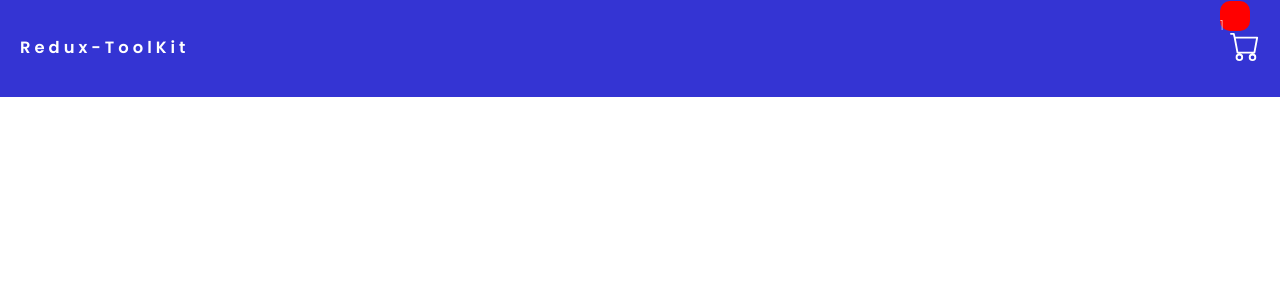
Repository: OmniaRafat232111121/shoppingCart
Page: /
These files come from the project's save history. The page is drawn as it stood at one moment and after the next save; the edit follows.
The browser window is 1280 px wide. The pictures show the whole page.
The project was rebuilt for these pictures with package versions that can differ from the ones it lists, and the page was loaded fresh each time. Also part of the build but not shown: src/App.css.

Above is the page before, as saved 2023-02-07 01:54:27.

### src/index.js
import React from 'react';
import ReactDOM from 'react-dom/client';
import './index.css';
import App from './App';
import { Provider } from 'react-redux';
import { store } from './store';
const root = ReactDOM.createRoot(document.getElementById('root'));
root.render(
  <React.StrictMode>
    <Provider store={store}>
      <App />
    </Provider>
  </React.StrictMode>
);

### src/index.css
@import url('https://fonts.googleapis.com/css2?family=Poppins:ital,wght@0,100;0,200;0,600;1,100;1,200;1,500;1,600&display=swap');
body {
  margin:0;
  padding:0;
  box-sizing: border-box;
  line-height: 1.5;
  font-size: 0.875rem;
  font-family: 'Poppins', sans-serif;
}
nav{
  background-color: rgb(52, 52, 211);
  padding:20px 20px;
}
.nav-center{
  display: flex;
  align-items: center;
  justify-content: space-between;
  width:100%;
  color:#fff;
  margin:0 auto;
}
.nav-center h3{
  letter-spacing: 4px;
}
.nav-center h3:hover{
  letter-spacing: 2px;
}
.nav-container{
  position: relative;
}
.amount-container{
  position: absolute;
  top:-30px;
  left:-10px;
  background-color: red;
  border-radius: 10px;
  width:30px;
  height:30px;
}

### src/App.js
import './App.css';
import Navbar from './Component/Navbar';

function App() {
  return (
    <div className="App">
  <Navbar/>
    </div>
  );
}

export default App;

### src/store.js
import { configureStore } from "@reduxjs/toolkit";
import cartReducer from './features/cart/cartSlice'
export const store = configureStore({
    reducer: {
        cart:cartReducer
    }
})

### src/Component/Navbar.js
import React from 'react'
import { useSelector } from 'react-redux';
import {BsCart} from 'react-icons/bs'
const Navbar = () => {
    const {amount}=useSelector((state)=>state.cart)
  return (
      <>
          <nav>
              <div className='nav-center'>
                  <h3>Redux-ToolKit</h3>
                  <div className='nav-container'>
                      <BsCart size={30}  />
                      <div className='amount-container'>
            <p className='total-amount'>1</p>
          </div>
                  </div>

              </div>
          </nav>
      </>
  )
}

export default Navbar

### src/features/cart/cartSlice.js
import { createSlice } from "@reduxjs/toolkit";
const initialState = {
    cartItems: [],
    amount: 0,
    total: 0,
    isLoading:true
}
  const cartSlice = createSlice({
    name: 'cart',
    initialState,
})
console.log(cartSlice)
export default cartSlice.reducer

Loaded but not shown: public/index.html (common file)

After the next save:
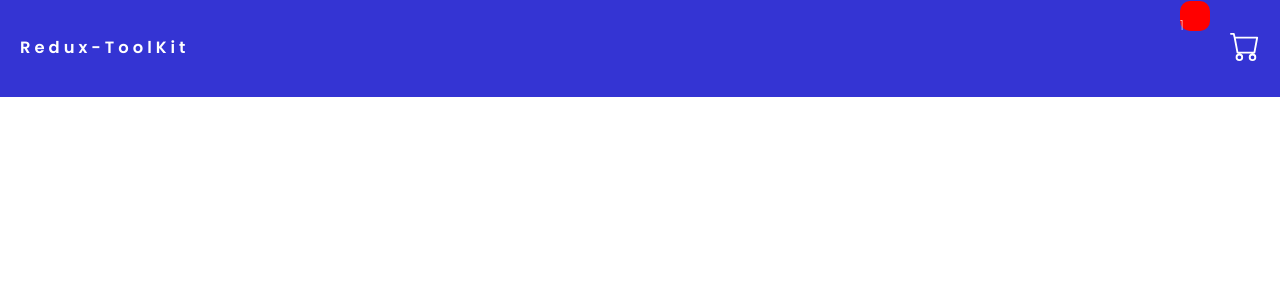
Saved 7 s later.
--- a/src/index.css
+++ b/src/index.css
@@ -31,7 +31,7 @@ nav{
 .amount-container{
   position: absolute;
   top:-30px;
-  left:-10px;
+  left:-50px;
   background-color: red;
   border-radius: 10px;
   width:30px;
